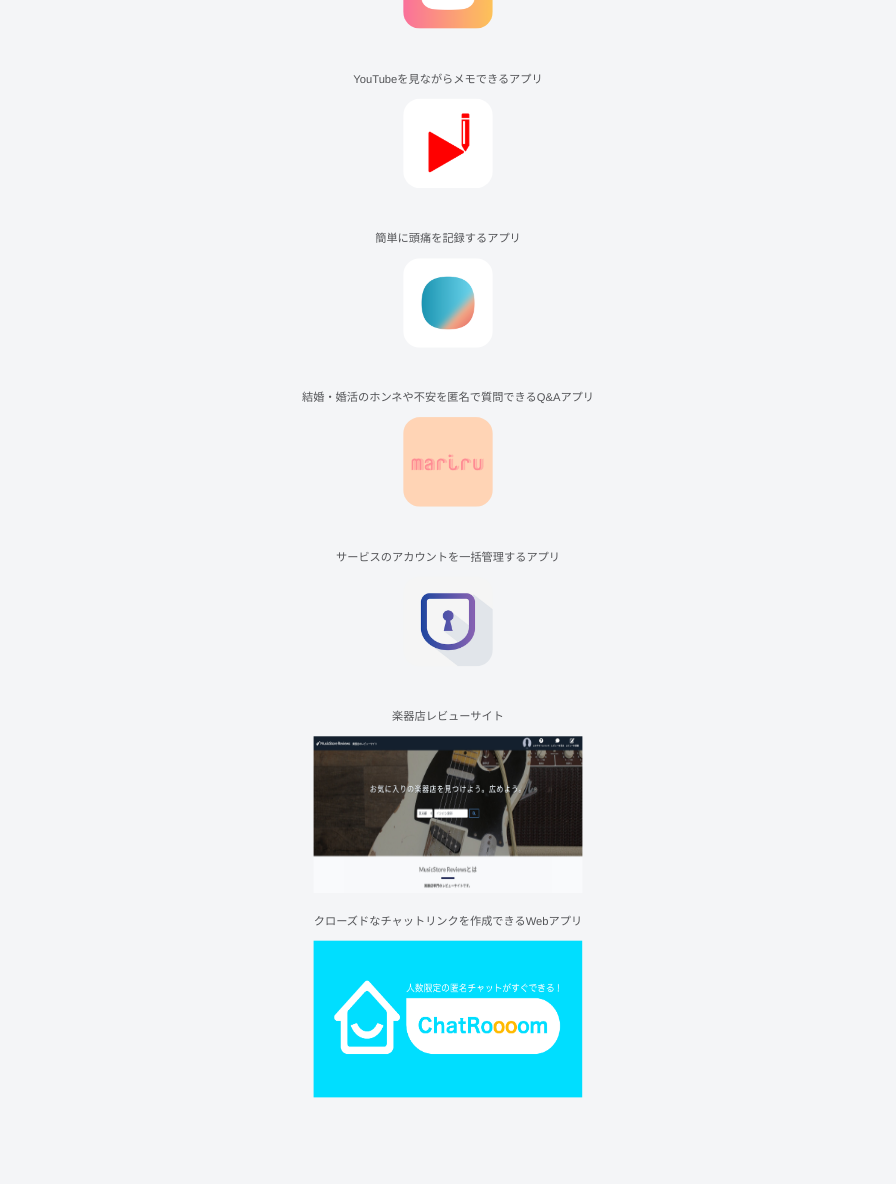
Repository: nosuke0926/my-portfolio
Page: /works
These files come from the project's save history. The page is drawn as it stood at one moment and after the next save; the edit follows.
The browser window is 1280 px wide. The pictures show the part of the page from y = 977 to 2897 px (the page is 2669 px tall before and 2897 px after), at 70% of full size.
The project was rebuilt for these pictures with package versions that can differ from the ones it lists, and the page was loaded fresh each time. The framework's server and built-in components were replaced by stand-ins that run in the browser. Also part of the build but not shown: next.config.js.

Above is the page before, as saved 2022-02-16 10:21:35.

After the next save:
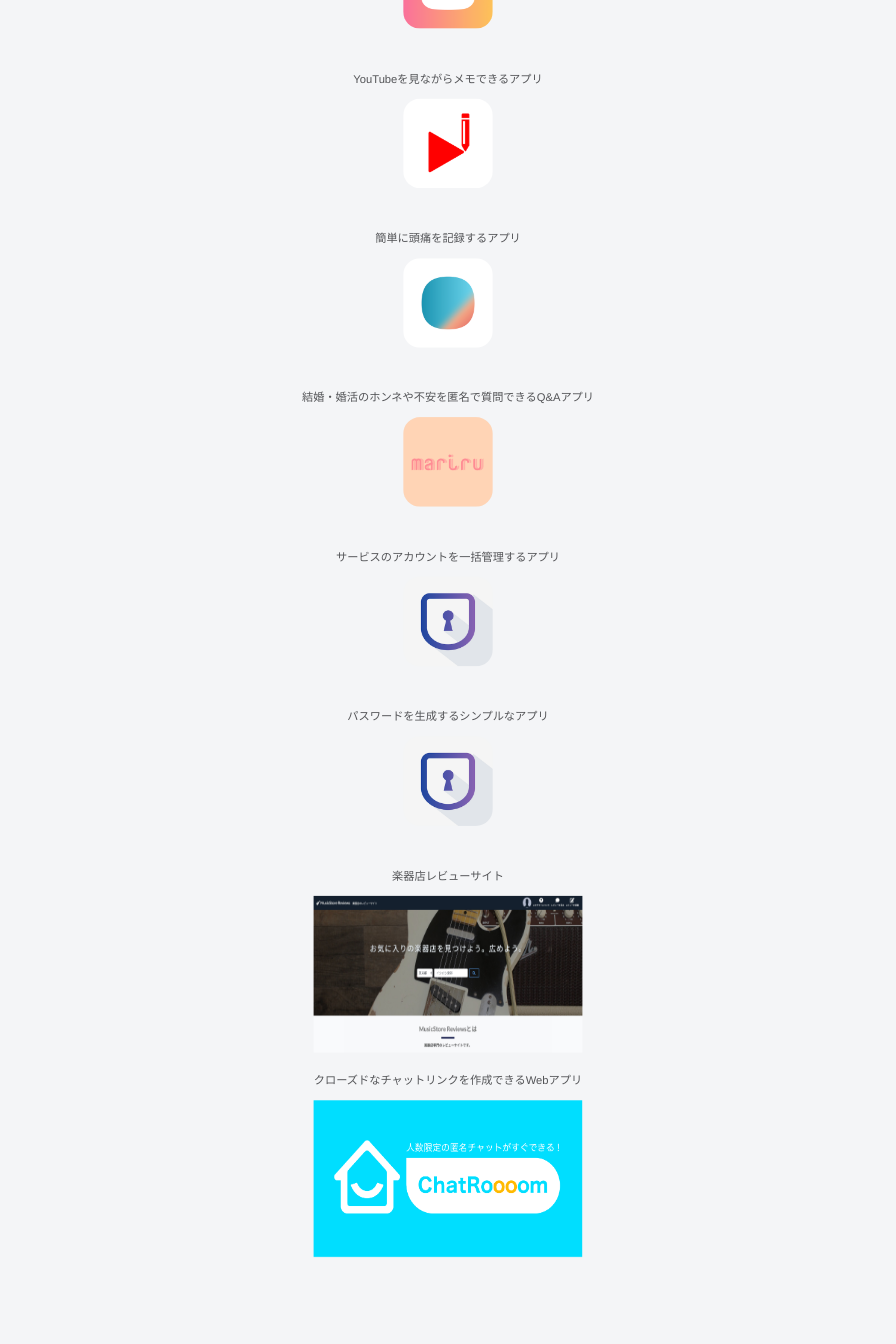
Saved 154 days later.
--- a/pages/works.tsx
+++ b/pages/works.tsx
@@ -117,6 +117,20 @@
         </p>
         <p>
           <TransitionsModal
+            src="/images/products/accounts.png"
+            alt="パスワード生成"
+            description="パスワードを生成するシンプルなアプリ"
+            appTitle="パスワード生成"
+            useTechnology={['Flutter', 'Hive']}
+            appDescription="サービスのアカウント・パスワードを一括管理するアプリです。データは暗号化・端末に保存されるためセキュリティも安心です。
+            "
+            iosUrl="https://apps.apple.com/jp/app/id1606877526?mt=8"
+            androidUrl="https://play.google.com/store/apps/details?id=com.nosuke.account_holder&pcampaignid=pcampaignidMKT-Other-global-all-co-prtnr-py-PartBadge-Mar2515-1"
+            type="native"
+          />
+        </p>
+        <p>
+          <TransitionsModal
             src="/images/products/music-store-reviews/cover.jpeg"
             alt="Webアプリ（MusicStore Reviews）"
             description="楽器店レビューサイト"
